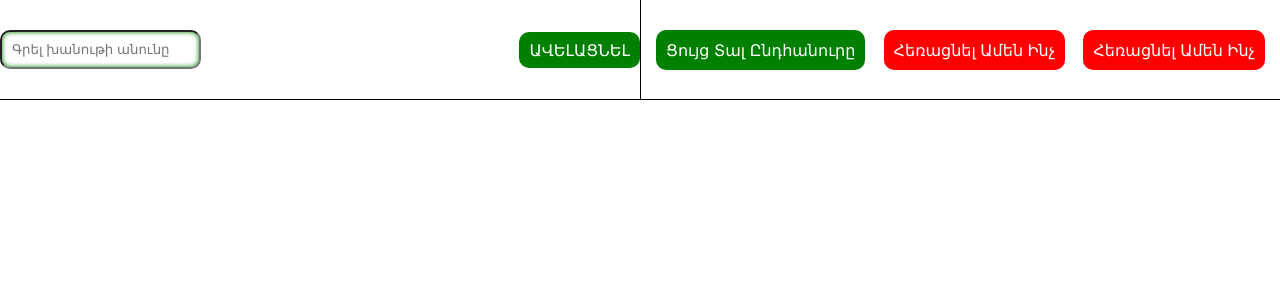
Repository: AbApin/amasia
Page: /
The author's editor kept a copy of each file at every save. The page is drawn from the files as they stood at one save, then again after the next save.
The browser window is 1280 px wide. The pictures show the whole page.
The project was rebuilt for these pictures with package versions that can differ from the ones it lists, and the page was loaded fresh each time. Also part of the build but not shown: vue.config.js.

Above is the page before, as saved 2023-02-03 12:24:44.

After the next save:
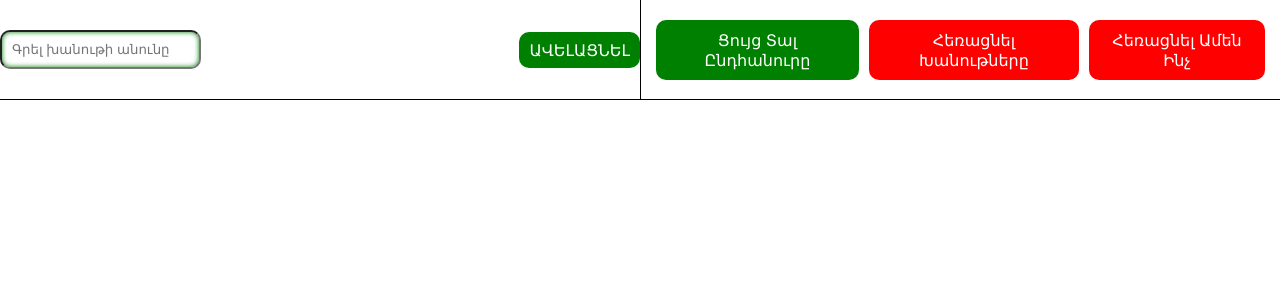
Saved 4 s later.
--- a/src/App.vue
+++ b/src/App.vue
@@ -13,7 +13,7 @@
       </div>
       <div class="cuycTal">
         <button class="cuycTalBtn" @click="isClick = true">ցույց տալ ընդհանուրը</button>
-        <button class="heracnelBtn" @click="REMOVEALL">հեռացնել ամեն ինչ</button>
+        <button class="heracnelBtn" @click="REMOVEALL">հեռացնել Խանութները</button>
         <button class="heracnelBtn" @click="REMOVEALL">հեռացնել ամեն ինչ</button>
       </div>
       <div v-show="isClick" class="endhanurQanak">
